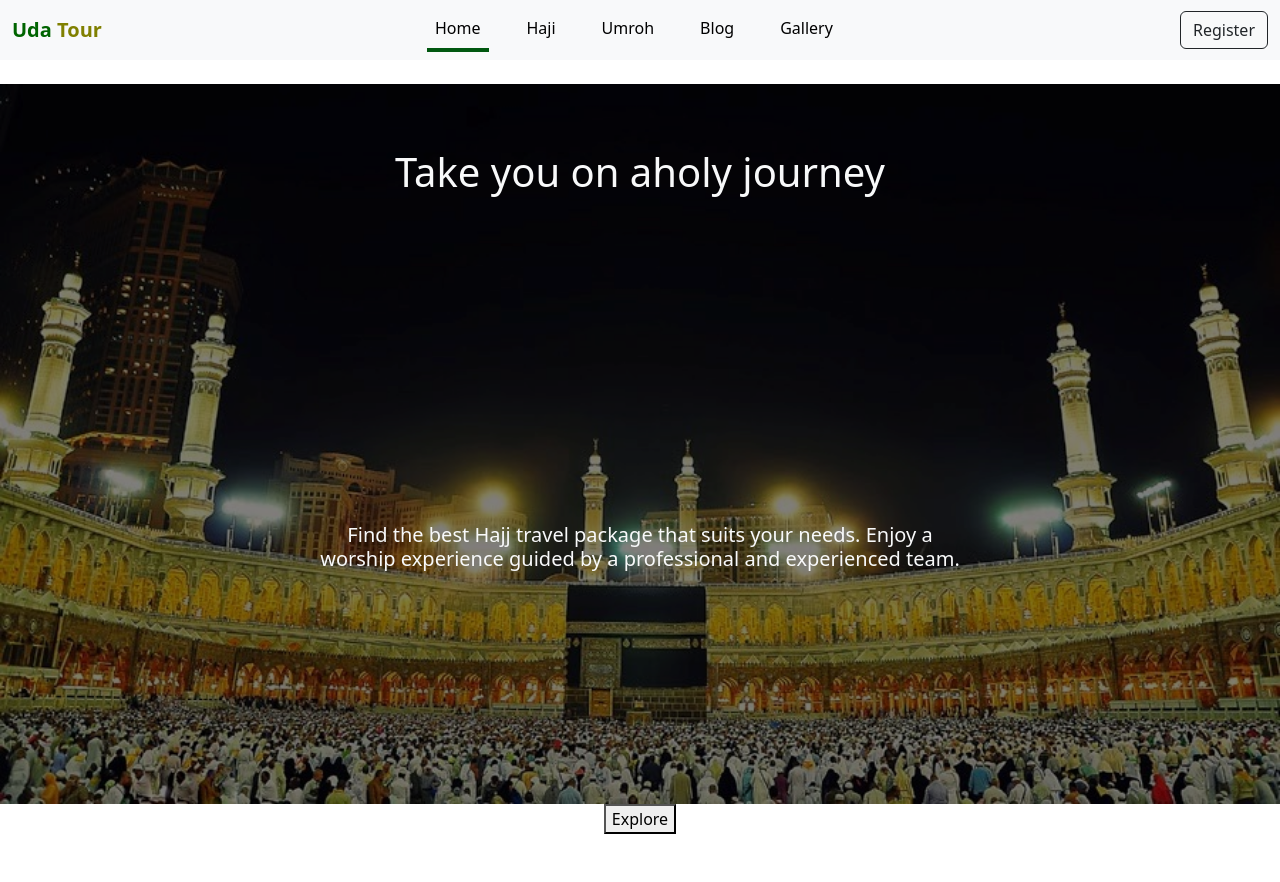
Repository: Putrabobi/Task7
Page: index.html
The author's editor kept a copy of each file at every save. The page is drawn from the files as they stood at one save, then again after the next save.
The browser window is 1280 px wide. The pictures show the whole page.

Above is the page before, as saved 2024-03-25 10:54:02.

### index.html
<!DOCTYPE html>
<html lang="en">

<head>
    <meta charset="UTF-8">
    <meta name="viewport" content="width=device-width, initial-scale=1.0">
    <title>Haji & Umroh</title>
    <link href="https://cdn.jsdelivr.net/npm/bootstrap@5.3.3/dist/css/bootstrap.min.css" rel="stylesheet"
        integrity="sha384-QWTKZyjpPEjISv5WaRU9OFeRpok6YctnYmDr5pNlyT2bRjXh0JMhjY6hW+ALEwIH" crossorigin="anonymous">
</head>

<body>
    <nav class="navbar navbar-expand-lg  bg-body-tertiary mb-4">
        <div class="container-fluid">
            <a class="navbar-brand" href="#">
                <span style="color: darkgreen;" class="fw-bold">Uda</span>
                <span style="color: olive;" class="fw-bold">Tour</span>
            </a>

            <button class="navbar-toggler" type="button" data-bs-toggle="collapse"
                data-bs-target="#navbarSupportedContent" aria-controls="navbarSupportedContent" aria-expanded="false"
                aria-label="Toggle navigation">
                <span class="navbar-toggler-icon"></span>
            </button>
            <div class="collapse navbar-collapse" id="navbarSupportedContent">
                <ul class="navbar-nav me-auto mb-2 mb-lg-0 mx-auto">
                    <li class="nav-item" style="margin-right: 30px;">
                        <a class="nav-link active" aria-current="page" href="#"
                            style="border-bottom: 4px solid #00570f; color: #000000;">Home</a>
                    </li>
                    <li class="nav-item" style="margin-right: 30px;">
                        <a class="nav-link" href="#" style="color: #000;">Haji</a>
                    </li>
                    <li class="nav-item" style="margin-right: 30px;">
                        <a class="nav-link disabled" style="color: #000;">Umroh</a>
                    </li>
                    <li class="nav-item" style="margin-right: 30px;">
                        <a class="nav-link disabled" style="color: #000;">Blog</a>
                    </li>
                    <li class="nav-item" style="margin-right: 30px;">
                        <a class="nav-link disabled" style="color: #000;">Gallery</a>
                    </li>
                </ul>
                <button class="btn btn-outline-dark" type="submit">Register</button>
            </div>

        </div>
    </nav>

    <div class="position-relative text-center mb-5">
        <img src="images/mekkah.jpg" style="filter: brightness(50%);" alt="Mekkah" width="100%">
        <h1 class="position-absolute top-0 start-50 translate-middle-x text-light" style="margin-top: 5%;">Take you on aholy journey</h1>
        <h5 class="position-absolute top-50 start-50 translate-middle-x  text-light" style="margin-top: 5%;">Find the best Hajj travel package that suits your needs. Enjoy a worship experience guided by a professional and experienced team.</h5>
        <button>Explore</button>
    </div>





</body>

</html>

After the next save:
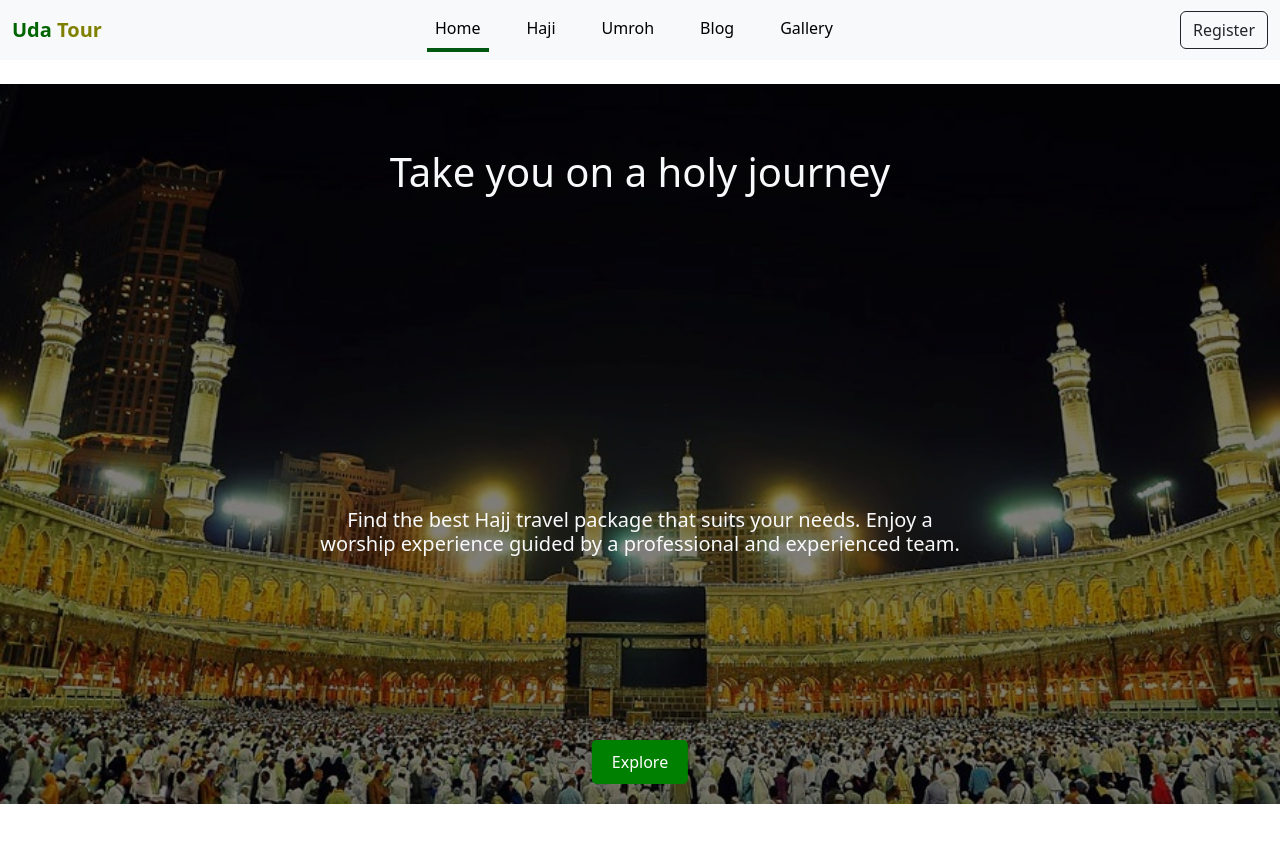
Saved 59 s later.
--- a/index.html
+++ b/index.html
@@ -49,10 +49,11 @@
 
     <div class="position-relative text-center mb-5">
         <img src="images/mekkah.jpg" style="filter: brightness(50%);" alt="Mekkah" width="100%">
-        <h1 class="position-absolute top-0 start-50 translate-middle-x text-light" style="margin-top: 5%;">Take you on aholy journey</h1>
-        <h5 class="position-absolute top-50 start-50 translate-middle-x  text-light" style="margin-top: 5%;">Find the best Hajj travel package that suits your needs. Enjoy a worship experience guided by a professional and experienced team.</h5>
-        <button>Explore</button>
+        <h1 class="position-absolute top-0 start-50 translate-middle-x text-light" style="margin-top: 5%;">Take you on a holy journey</h1>
+        <h5 class="position-absolute top-50 start-50 translate-middle-x text-light" style="margin-top: 5%;">Find the best Hajj travel package that suits your needs. Enjoy a worship experience guided by a professional and experienced team.</h5>
+        <button style="position: absolute; bottom: 20px; left: 50%; transform: translateX(-50%); background-color: green; color: white; padding: 10px 20px; border: none; border-radius: 5px; cursor: pointer;">Explore</button>
     </div>
+
 
 
 
